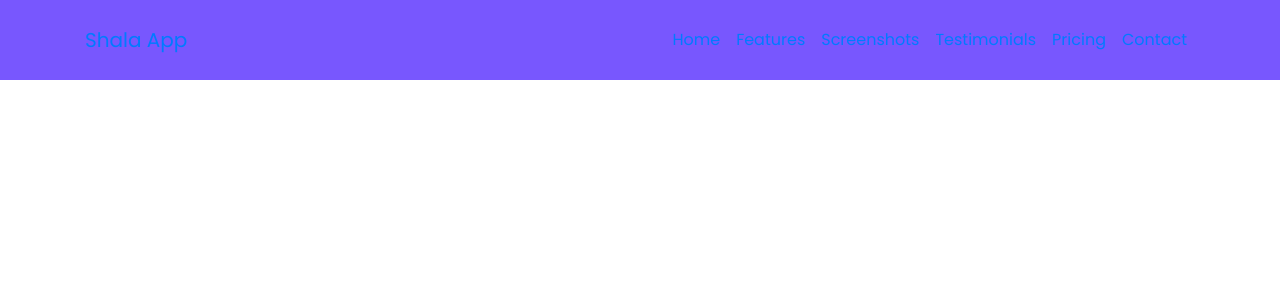
Repository: Mohamed-Hema/Shala-App
Page: index.html
The author's editor kept a copy of each file at every save. The page is drawn from the files as they stood at one save, then again after the next save.
The browser window is 1280 px wide. The pictures show the whole page.

Above is the page before, as saved 2021-02-13 08:38:23.

After the next save:
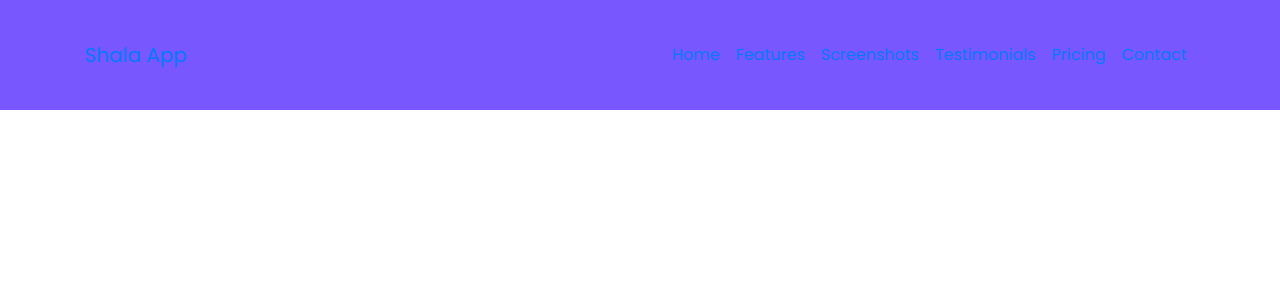
Saved 4 s later.
--- a/css/style.css
+++ b/css/style.css
@@ -47,7 +47,7 @@ ul{
     padding: 20px 0;
 }
 .navbar > .container{
-    padding: ;
+    padding: 15px;
 }
 
 
